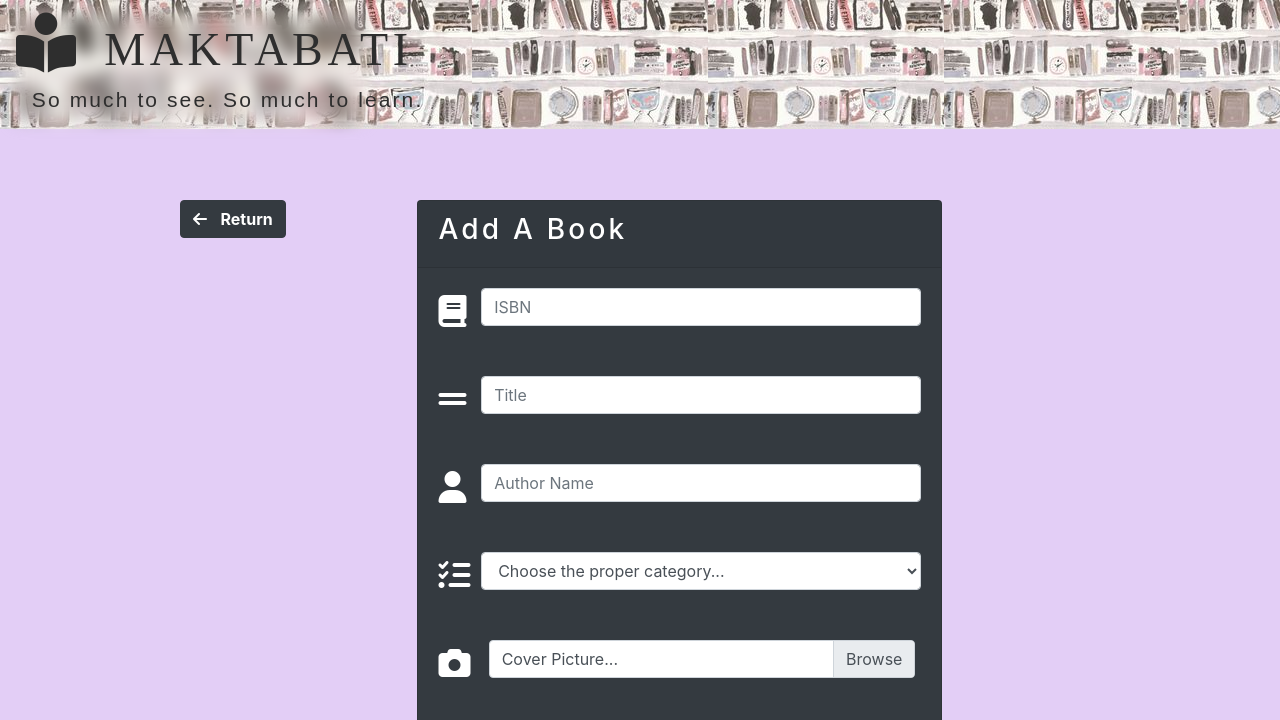
Repository: Hajar-Serrad/MAKTABATI
Page: http://localhost/books/create
These files come from the project's save history. The page is drawn as it stood at one moment and after the next save; the edit follows.
The browser window is 1280 px wide. The pictures show the whole page.
An inner scrolling area shows only its first screen. Some web fonts or font styles are not loaded; a fallback is used. Some web libraries are served in a nearby version. The page is served by the project's Laravel application, run on PHP 8.4 with Laravel 8.

Above is the page before, as saved 2020-09-22 02:32:53.

After the next save:
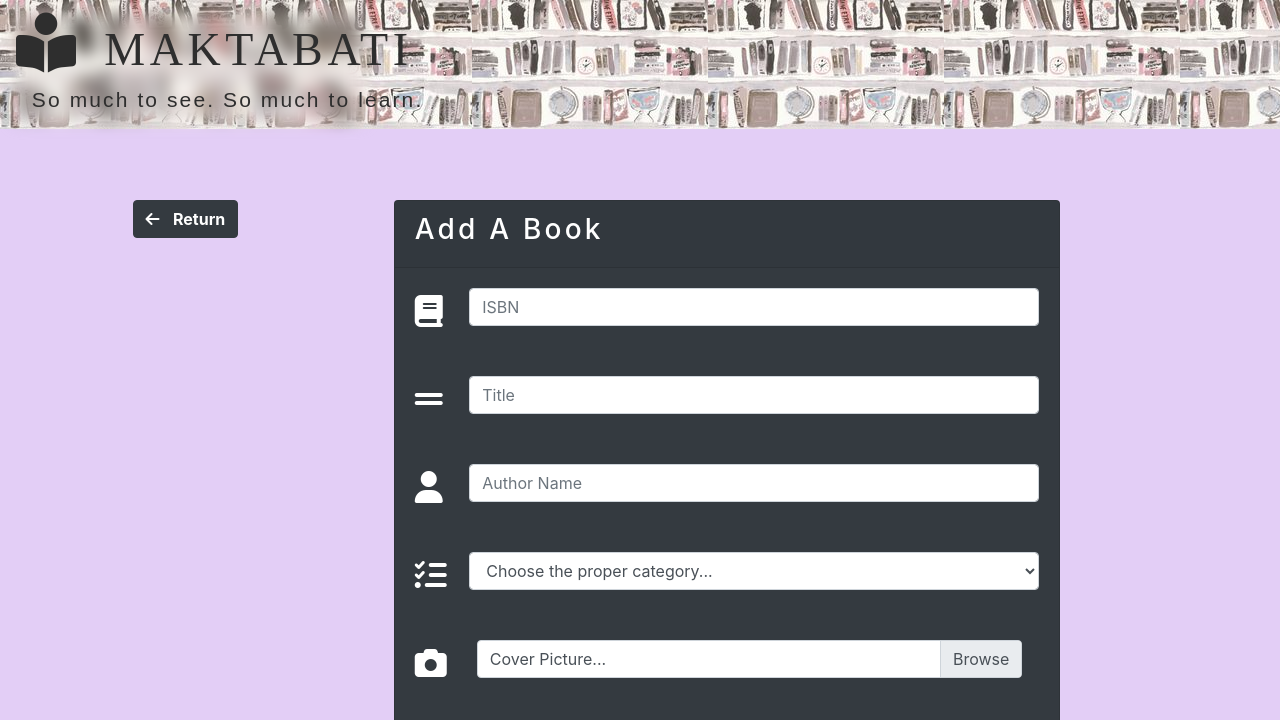
Saved 34 s later.
--- a/resources/views/books/create.blade.php
+++ b/resources/views/books/create.blade.php
@@ -3,14 +3,14 @@
 @section('content')
 <div class="container">
     <div class="row justify-content-center">
-        <div class="col-md-10" style="margin-top: 200px; margin-bottom:100px;">
+        <div class="col-md-11" style="margin-top: 200px; margin-bottom:100px;">
                 <div class="row">
                 <div class="col-md-2">  <a href="{{ route('index') }}"> <button  class="btn btn-dark" >
                     <i class="fas fa-arrow-left"></i> &nbsp; <b> {{ __('Return') }}</b>
                     </button> </a>
                 </div>
                 <div class="col-md-1"></div>
-                <div class="col-md-7">
+                <div class="col-md-8">
                 <div class="card bg-dark text-white" >
                 <div class="card-header" style="letter-spacing: 0.2em"> <h3> {{ __('Add A Book') }}</h3></div>
 
